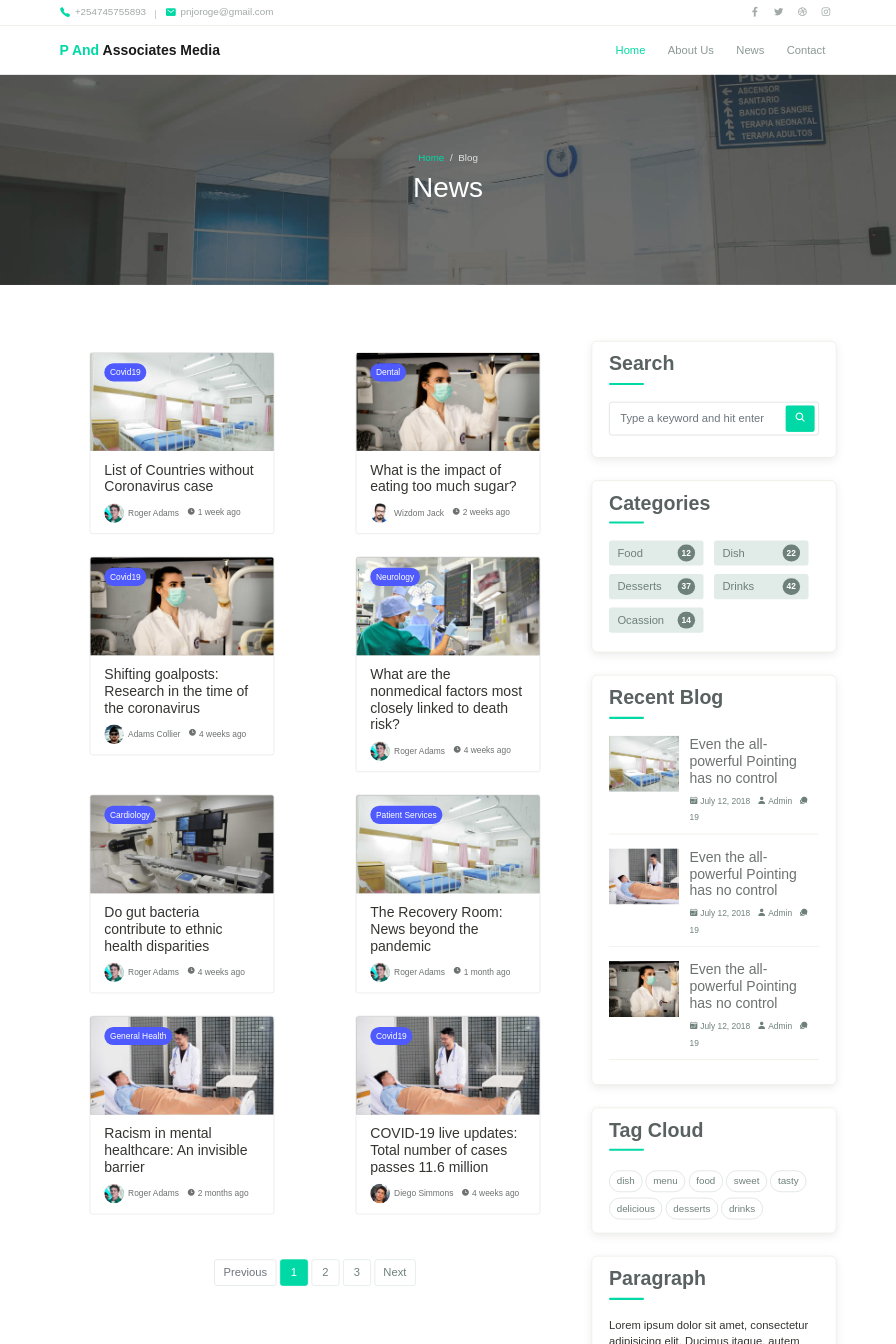
Repository: profbkmurage/myWeb
Page: html/blog.html
These files come from the project's save history. The page is drawn as it stood at one moment and after the next save; the edit follows.
The browser window is 1280 px wide. The pictures show the part of the page from y = 0 to 1920 px (the page is 3004 px tall), at 70% of full size.

Above is the page before, as saved 2023-12-11 14:04:04.

### html/blog.html
<!DOCTYPE html>
<html lang="en">
<head>
  <meta charset="UTF-8">
  <meta name="viewport" content="width=device-width, initial-scale=1.0">

  <meta http-equiv="X-UA-Compatible" content="ie=edge">

  <title>M&M Website</title>

  <link rel="stylesheet" href="../assets/css/maicons.css">

  <link rel="stylesheet" href="../assets/css/bootstrap.css">

  <link rel="stylesheet" href="../assets/vendor/owl-carousel/css/owl.carousel.css">

  <link rel="stylesheet" href="../assets/vendor/animate/animate.css">

  <link rel="stylesheet" href="../assets/css/theme.css">
</head>
<body>

  <!-- Back to top button -->
  <div class="back-to-top"></div>

  <header>
    <div class="topbar">
      <div class="container">
        <div class="row">
          <div class="col-sm-8 text-sm">
            <div class="site-info">
              <a href="tel:0745755893" ><span class="mai-call text-primary"></span> +254745755893</a>
              <span class="divider">|</span>
              <a href="#"><span class="mai-mail text-primary"></span> pnjoroge@gmail.com</a>
            </div>
          </div>
          <div class="col-sm-4 text-right text-sm">
            <div class="social-mini-button">
              <a href="#"><span class="mai-logo-facebook-f"></span></a>
              <a href="#"><span class="mai-logo-twitter"></span></a>
              <a href="#"><span class="mai-logo-dribbble"></span></a>
              <a href="#"><span class="mai-logo-instagram"></span></a>
            </div>
          </div>
        </div> <!-- .row -->
      </div> <!-- .container -->
    </div> <!-- .topbar -->

    <nav class="navbar navbar-expand-lg navbar-light shadow-sm">
      <div class="container">
        <a class="navbar-brand" href="#"><span class="text-primary">P And</span> Associates Media</a>

        <!-- <form action="#">
          <div class="input-group input-navbar">
            <div class="input-group-prepend">
              <span class="input-group-text" id="icon-addon1"><span class="mai-search"></span></span>
            </div>
            <input type="text" class="form-control" placeholder="Enter keyword.." aria-label="Username" aria-describedby="icon-addon1">
          </div>
        </form> -->

        <button class="navbar-toggler" type="button" data-toggle="collapse" data-target="#navbarSupport" aria-controls="navbarSupport" aria-expanded="false" aria-label="Toggle navigation">
          <span class="navbar-toggler-icon"></span>
        </button>

        <div class="collapse navbar-collapse" id="navbarSupport">
          <ul class="navbar-nav ml-auto">
            <li class="nav-item active">
              <a class="nav-link" href="index.html">Home</a>
            </li>
            <li class="nav-item">
              <a class="nav-link" href="about.html">About Us</a>
            </li>
            <!-- <li class="nav-item">
              <a class="nav-link" href="work.html">Our work</a>
            </li> -->
            <li class="nav-item">
              <a class="nav-link" href="blog.html">News</a>
            </li>
            <li class="nav-item">
              <a class="nav-link" href="contact.html">Contact</a>
            </li>
            <!-- <li class="nav-item">
              <a class="btn btn-primary ml-lg-3" href="#">Login / Register</a>
            </li> -->
          </ul>
        </div> <!-- .navbar-collapse -->
      </div> <!-- .container -->
    </nav>
  </header>

  <div class="page-banner overlay-dark bg-image" style="background-image: url(../assets/img/bg_image_1.jpg);">
    <div class="banner-section">
      <div class="container text-center wow fadeInUp">
        <nav aria-label="Breadcrumb">
          <ol class="breadcrumb breadcrumb-dark bg-transparent justify-content-center py-0 mb-2">
            <li class="breadcrumb-item"><a href="index.html">Home</a></li>
            <li class="breadcrumb-item active" aria-current="page">Blog</li>
          </ol>
        </nav>
        <h1 class="font-weight-normal">News</h1>
      </div> <!-- .container -->
    </div> <!-- .banner-section -->
  </div> <!-- .page-banner -->

  <div class="page-section">
    <div class="container">
      <div class="row">
        <div class="col-lg-8">
          <div class="row">
            <div class="col-sm-6 py-3">
              <div class="card-blog">
                <div class="header">
                  <div class="post-category">
                    <a href="#">Covid19</a>
                  </div>
                  <a href="blog-details" class="post-thumb">
                    <img src="../assets/img/blog/blog_1.jpg" alt="">
                  </a>
                </div>
                <div class="body">
                  <h5 class="post-title"><a href="blog-details.html">List of Countries without Coronavirus case</a></h5>
                  <div class="site-info">
                    <div class="avatar mr-2">
                      <div class="avatar-img">
                        <img src="../assets/img/person/person_1.jpg" alt="">
                      </div>
                      <span>Roger Adams</span>
                    </div>
                    <span class="mai-time"></span> 1 week ago
                  </div>
                </div>
              </div>
            </div>

            <div class="col-sm-6 py-3">
              <div class="card-blog">
                <div class="header">
                  <div class="post-category">
                    <a href="#">Dental</a>
                  </div>
                  <a href="blog-details" class="post-thumb">
                    <img src="../assets/img/blog/blog_3.jpg" alt="">
                  </a>
                </div>
                <div class="body">
                  <h5 class="post-title"><a href="blog-details.html">What is the impact of eating too much sugar?</a></h5>
                  <div class="site-info">
                    <div class="avatar mr-2">
                      <div class="avatar-img">
                        <img src="../assets/img/person/person_4.jpg" alt="">
                      </div>
                      <span>Wizdom Jack</span>
                    </div>
                    <span class="mai-time"></span> 2 weeks ago
                  </div>
                </div>
              </div>
            </div>

            <div class="col-sm-6 py-3">
              <div class="card-blog">
                <div class="header">
                  <div class="post-category">
                    <a href="#">Covid19</a>
                  </div>
                  <a href="blog-details" class="post-thumb">
                    <img src="../assets/img/blog/blog_3.jpg" alt="">
                  </a>
                </div>
                <div class="body">
                  <h5 class="post-title"><a href="blog-details.html">Shifting goalposts: Research in the time of the coronavirus</a></h5>
                  <div class="site-info">
                    <div class="avatar mr-2">
                      <div class="avatar-img">
                        <img src="../assets/img/person/person_3.jpg" alt="">
                      </div>
                      <span>Adams Collier</span>
                    </div>
                    <span class="mai-time"></span> 4 weeks ago
                  </div>
                </div>
              </div>
            </div>
            <div class="col-sm-6 py-3">
              <div class="card-blog">
                <div class="header">
                  <div class="post-category">
                    <a href="#">Neurology</a>
                  </div>
                  <a href="blog-details" class="post-thumb">
                    <img src="../assets/img/blog/blog_4.jpg" alt="">
                  </a>
                </div>
                <div class="body">
                  <h5 class="post-title"><a href="blog-details.html">What are the nonmedical factors most closely linked to death risk?</a></h5>
                  <div class="site-info">
                    <div class="avatar mr-2">
                      <div class="avatar-img">
                        <img src="../assets/img/person/person_1.jpg" alt="">
                      </div>
                      <span>Roger Adams</span>
                    </div>
                    <span class="mai-time"></span> 4 weeks ago
                  </div>
                </div>
              </div>
            </div>
            <div class="col-sm-6 py-3">
              <div class="card-blog">
                <div class="header">
                  <div class="post-category">
                    <a href="#">Cardiology</a>
                  </div>
                  <a href="blog-details" class="post-thumb">
                    <img src="../assets/img/blog/blog_5.jpg" alt="">
                  </a>
                </div>
                <div class="body">
                  <h5 class="post-title"><a href="blog-details.html">Do gut bacteria contribute to ethnic health disparities</a></h5>
                  <div class="site-info">
                    <div class="avatar mr-2">
                      <div class="avatar-img">
                        <img src="../assets/img/person/person_1.jpg" alt="">
                      </div>
                      <span>Roger Adams</span>
                    </div>
                    <span class="mai-time"></span> 4 weeks ago
                  </div>
                </div>
              </div>
            </div>
            <div class="col-sm-6 py-3">
              <div class="card-blog">
                <div class="header">
                  <div class="post-category">
                    <a href="#">Patient Services</a>
                  </div>
                  <a href="blog-details" class="post-thumb">
                    <img src="../assets/img/blog/blog_1.jpg" alt="">
                  </a>
                </div>
                <div class="body">
                  <h5 class="post-title"><a href="blog-details.html">The Recovery Room: News beyond the pandemic</a></h5>
                  <div class="site-info">
                    <div class="avatar mr-2">
                      <div class="avatar-img">
                        <img src="../assets/img/person/person_1.jpg" alt="">
                      </div>
                      <span>Roger Adams</span>
                    </div>
                    <span class="mai-time"></span> 1 month ago
                  </div>
                </div>
              </div>
            </div>
            <div class="col-sm-6 py-3">
              <div class="card-blog">
                <div class="header">
                  <div class="post-category">
                    <a href="#">General Health</a>
                  </div>
                  <a href="blog-details" class="post-thumb">
                    <img src="../assets/img/blog/blog_2.jpg" alt="">
                  </a>
                </div>
                <div class="body">
                  <h5 class="post-title"><a href="blog-details.html">Racism in mental healthcare: An invisible barrier</a></h5>
                  <div class="site-info">
                    <div class="avatar mr-2">
                      <div class="avatar-img">
                        <img src="../assets/img/person/person_1.jpg" alt="">
                      </div>
                      <span>Roger Adams</span>
                    </div>
                    <span class="mai-time"></span> 2 months ago
                  </div>
                </div>
              </div>
            </div>

            <div class="col-sm-6 py-3">
              <div class="card-blog">
                <div class="header">
                  <div class="post-category">
                    <a href="#">Covid19</a>
                  </div>
                  <a href="blog-details" class="post-thumb">
                    <img src="../assets/img/blog/blog_2.jpg" alt="">
                  </a>
                </div>
                <div class="body">
                  <h5 class="post-title"><a href="blog-details.html">COVID-19 live updates: Total number of cases passes 11.6 million</a></h5>
                  <div class="site-info">
                    <div class="avatar mr-2">
                      <div class="avatar-img">
                        <img src="../assets/img/person/person_2.jpg" alt="">
                      </div>
                      <span>Diego Simmons</span>
                    </div>
                    <span class="mai-time"></span> 4 weeks ago
                  </div>
                </div>
              </div>
            </div>

            <div class="col-12 my-5">
              <nav aria-label="Page Navigation">
                <ul class="pagination justify-content-center">
                  <li class="page-item disabled">
                    <a class="page-link" href="#" tabindex="-1" aria-disabled="true">Previous</a>
                  </li>
                  <li class="page-item active" aria-current="page">
                    <a class="page-link" href="#">1 <span class="sr-only">(current)</span></a>
                  </li>
                  <li class="page-item">
                    <a class="page-link" href="#">2</a>
                  </li>
                  <li class="page-item"><a class="page-link" href="#">3</a></li>
                  <li class="page-item">
                    <a class="page-link" href="#">Next</a>
                  </li>
                </ul>
              </nav>
            </div>
          </div> <!-- .row -->
        </div>
        <div class="col-lg-4">
          <div class="sidebar">
            <div class="sidebar-block">
              <h3 class="sidebar-title">Search</h3>
              <form action="#" class="search-form">
                <div class="form-group">
                  <input type="text" class="form-control" placeholder="Type a keyword and hit enter">
                  <button type="submit" class="btn"><span class="icon mai-search"></span></button>
                </div>
              </form>
            </div>
            <div class="sidebar-block">
              <h3 class="sidebar-title">Categories</h3>
              <ul class="categories">
                <li><a href="#">Food <span>12</span></a></li>
                <li><a href="#">Dish <span>22</span></a></li>
                <li><a href="#">Desserts <span>37</span></a></li>
                <li><a href="#">Drinks <span>42</span></a></li>
                <li><a href="#">Ocassion <span>14</span></a></li>
              </ul>
            </div>

            <div class="sidebar-block">
              <h3 class="sidebar-title">Recent Blog</h3>
              <div class="blog-item">
                <a class="post-thumb" href="">
                  <img src="../assets/img/blog/blog_1.jpg" alt="">
                </a>
                <div class="content">
                  <h5 class="post-title"><a href="#">Even the all-powerful Pointing has no control</a></h5>
                  <div class="meta">
                    <a href="#"><span class="mai-calendar"></span> July 12, 2018</a>
                    <a href="#"><span class="mai-person"></span> Admin</a>
                    <a href="#"><span class="mai-chatbubbles"></span> 19</a>
                  </div>
                </div>
              </div>
              <div class="blog-item">
                <a class="post-thumb" href="">
                  <img src="../assets/img/blog/blog_2.jpg" alt="">
                </a>
                <div class="content">
                  <h5 class="post-title"><a href="#">Even the all-powerful Pointing has no control</a></h5>
                  <div class="meta">
                    <a href="#"><span class="mai-calendar"></span> July 12, 2018</a>
                    <a href="#"><span class="mai-person"></span> Admin</a>
                    <a href="#"><span class="mai-chatbubbles"></span> 19</a>
                  </div>
                </div>
              </div>
              <div class="blog-item">
                <a class="post-thumb" href="">
                  <img src="../assets/img/blog/blog_3.jpg" alt="">
                </a>
                <div class="content">
                  <h5 class="post-title"><a href="#">Even the all-powerful Pointing has no control</a></h5>
                  <div class="meta">
                    <a href="#"><span class="mai-calendar"></span> July 12, 2018</a>
                    <a href="#"><span class="mai-person"></span> Admin</a>
                    <a href="#"><span class="mai-chatbubbles"></span> 19</a>
                  </div>
                </div>
              </div>
            </div>

            <div class="sidebar-block">
              <h3 class="sidebar-title">Tag Cloud</h3>
              <div class="tagcloud">
                <a href="#" class="tag-cloud-link">dish</a>
                <a href="#" class="tag-cloud-link">menu</a>
                <a href="#" class="tag-cloud-link">food</a>
                <a href="#" class="tag-cloud-link">sweet</a>
                <a href="#" class="tag-cloud-link">tasty</a>
                <a href="#" class="tag-cloud-link">delicious</a>
                <a href="#" class="tag-cloud-link">desserts</a>
                <a href="#" class="tag-cloud-link">drinks</a>
              </div>
            </div>

            <div class="sidebar-block">
              <h3 class="sidebar-title">Paragraph</h3>
              <p>Lorem ipsum dolor sit amet, consectetur adipisicing elit. Ducimus itaque, autem necessitatibus voluptate quod mollitia delectus aut, sunt placeat nam vero culpa sapiente consectetur similique, inventore eos fugit cupiditate numquam!</p>
            </div>
          </div>
        </div>
      </div> <!-- .row -->
    </div> <!-- .container -->
  </div> <!-- .page-section -->

  <div class="page-section banner-home bg-image" style="background-image: url(../assets/img/banner-pattern.svg);">
    <div class="container py-5 py-lg-0">
      <div class="row align-items-center">
        <div class="col-lg-4 wow zoomIn">
          <div class="img-banner d-none d-lg-block">
            <img src="../assets/img/mobile_app.png" alt="">
          </div>
        </div>
        <div class="col-lg-8 wow fadeInRight">
          <h1 class="font-weight-normal mb-3">Get easy access of all features using One Health Application</h1>
          <a href="#"><img src="../assets/img/google_play.svg" alt=""></a>
          <a href="#" class="ml-2"><img src="../assets/img/app_store.svg" alt=""></a>
        </div>
      </div> <!-- .row -->
    </div> <!-- .container -->
  </div> <!-- .banner-home -->

  <footer class="page-footer">
    <div class="container">
      <div class="row px-md-3">
        <div class="col-sm-6 col-lg-3 py-3">
          <h5>Company</h5>
          <ul class="footer-menu">
            <li><a href="#">About Us</a></li>
            <li><a href="#">Career</a></li>
            <li><a href="#">Editorial Team</a></li>
            <li><a href="#">Protection</a></li>
          </ul>
        </div>
        <div class="col-sm-6 col-lg-3 py-3">
          <h5>More</h5>
          <ul class="footer-menu">
            <li><a href="#">Terms & Condition</a></li>
            <li><a href="#">Privacy</a></li>
            <li><a href="#">Advertise</a></li>
            <li><a href="#">Join as Doctors</a></li>
          </ul>
        </div>
        <div class="col-sm-6 col-lg-3 py-3">
          <h5>Our partner</h5>
          <ul class="footer-menu">
            <li><a href="#">One-Fitness</a></li>
            <li><a href="#">One-Drugs</a></li>
            <li><a href="#">One-Live</a></li>
          </ul>
        </div>
        <div class="col-sm-6 col-lg-3 py-3">
          <h5>Contact</h5>
          <p class="footer-link mt-2">351 Willow Street Franklin, MA 02038</p>
          <a href="#" class="footer-link">701-573-7582</a>
          <a href="#" class="footer-link">healthcare@temporary.net</a>

          <h5 class="mt-3">Social Media</h5>
          <div class="footer-sosmed mt-3">
            <a href="#" target="_blank"><span class="mai-logo-facebook-f"></span></a>
            <a href="#" target="_blank"><span class="mai-logo-twitter"></span></a>
            <a href="#" target="_blank"><span class="mai-logo-google-plus-g"></span></a>
            <a href="#" target="_blank"><span class="mai-logo-instagram"></span></a>
            <a href="#" target="_blank"><span class="mai-logo-linkedin"></span></a>
          </div>
        </div>
      </div>

      <hr>

      <p id="copyright">Copyright &copy; 2020 <a href="https://macodeid.com/" target="_blank">MACode ID</a>. All right reserved</p>
    </div> <!-- .container -->
  </footer> <!-- .page-footer -->

<script src="../assets/js/jquery-3.5.1.min.js"></script>

<script src="../assets/js/bootstrap.bundle.min.js"></script>

<script src="../assets/vendor/owl-carousel/js/owl.carousel.min.js"></script>

<script src="../assets/vendor/wow/wow.min.js"></script>

<script src="../assets/js/theme.js"></script>

</body>
</html>

Loaded but not shown: assets/css/bootstrap.css (library); assets/vendor/owl-carousel/css/owl.carousel.css (library); assets/vendor/animate/animate.css (library); assets/js/jquery-3.5.1.min.js (library); assets/js/bootstrap.bundle.min.js (library); assets/vendor/owl-carousel/js/owl.carousel.min.js (library); assets/vendor/wow/wow.min.js (library); assets/js/theme.js (65 lines, source omitted); assets/css/maicons.css (2634 lines, source omitted); assets/css/theme.css (1836 lines, source omitted)

After the next save:
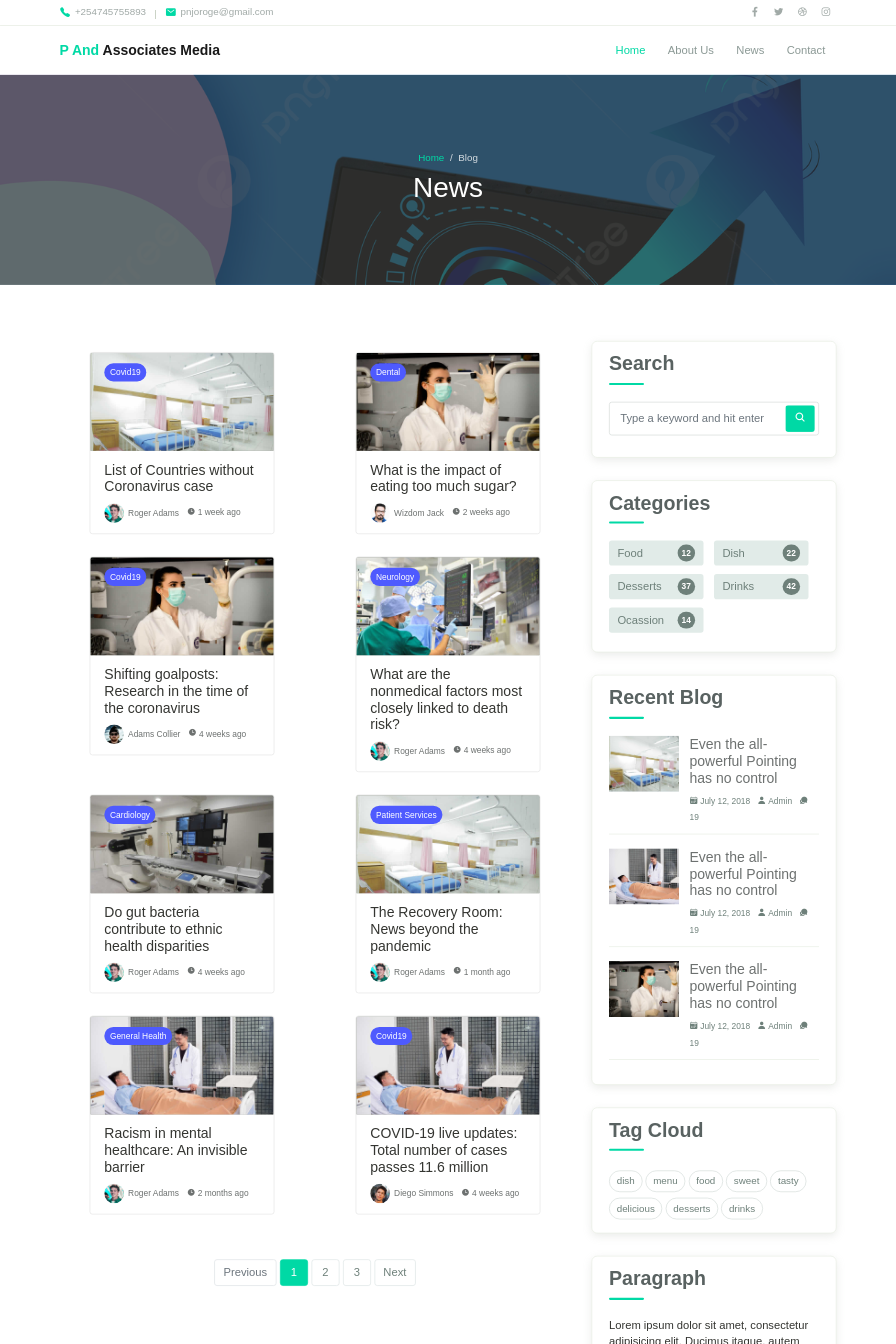
Saved 106 s later.
--- a/html/blog.html
+++ b/html/blog.html
@@ -89,7 +89,7 @@
     </nav>
   </header>
 
-  <div class="page-banner overlay-dark bg-image" style="background-image: url(../assets/img/bg_image_1.jpg);">
+  <div class="page-banner overlay-dark bg-image" style="background-image: url(../assets/img/frontend.jpg);">
     <div class="banner-section">
       <div class="container text-center wow fadeInUp">
         <nav aria-label="Breadcrumb">
